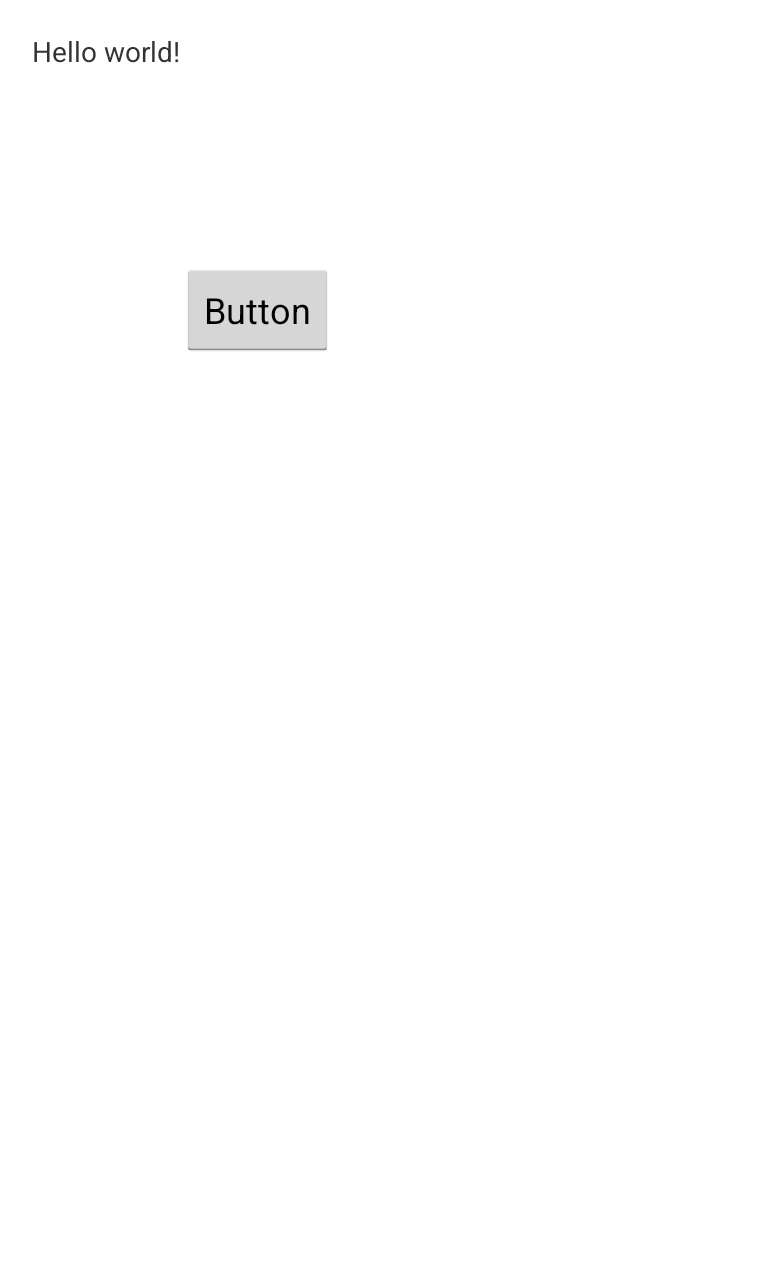
Repository: jgminer/481
Layout: eclipse/test/res/layout/activity_main.xml
The author's editor kept a copy of each file at every save. The layout is drawn from the files as they stood at one save, then again after the next save.
It is drawn on a 768 x 1280 px phone screen (xhdpi) without system bars, with theme AppTheme; the app's code is not run.

Above is the layout before, as saved 2014-01-24 20:18:44.

After the next save:
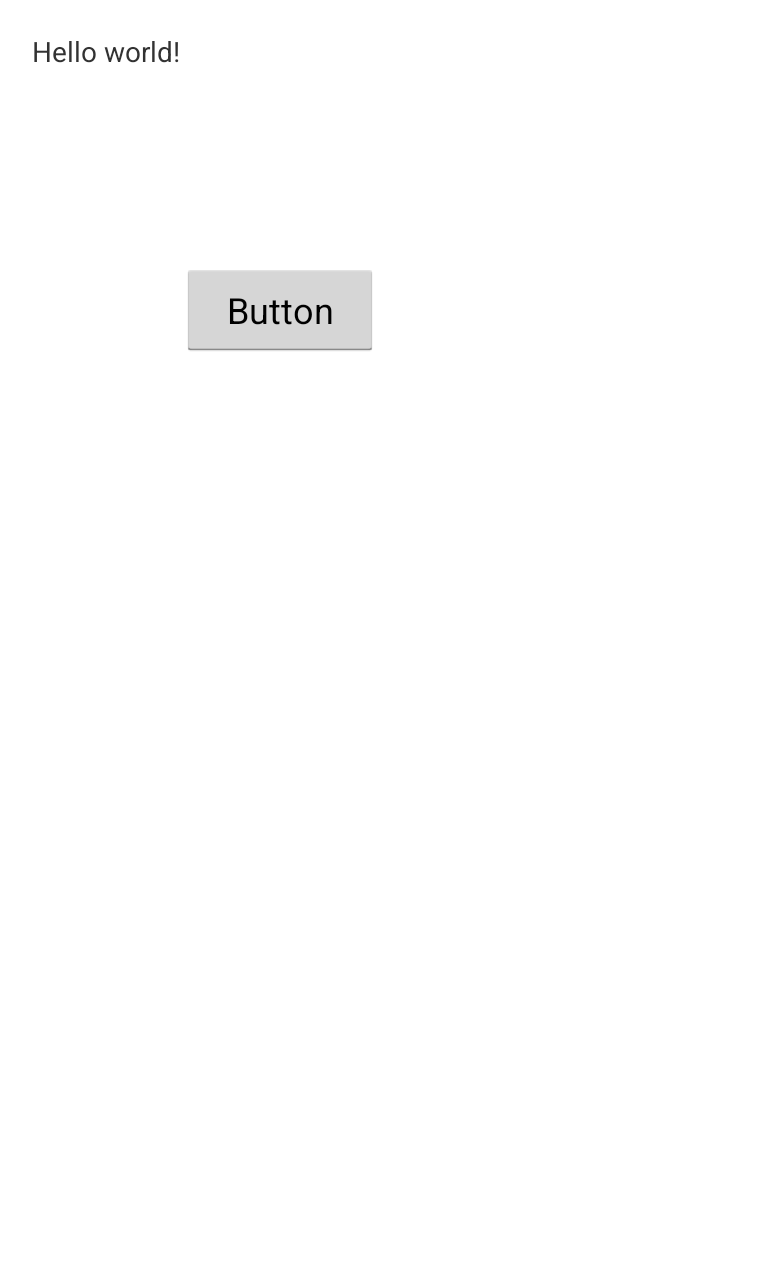
Saved 72 s later.
--- a/eclipse/test/res/layout/activity_main.xml
+++ b/eclipse/test/res/layout/activity_main.xml
@@ -16,7 +16,7 @@
 
     <Button
         android:id="@+id/button1"
-        android:layout_width="wrap_content"
+        android:layout_width="200px"
         android:layout_height="wrap_content"
         android:layout_below="@+id/textView1"
         android:layout_marginTop="96dp"
